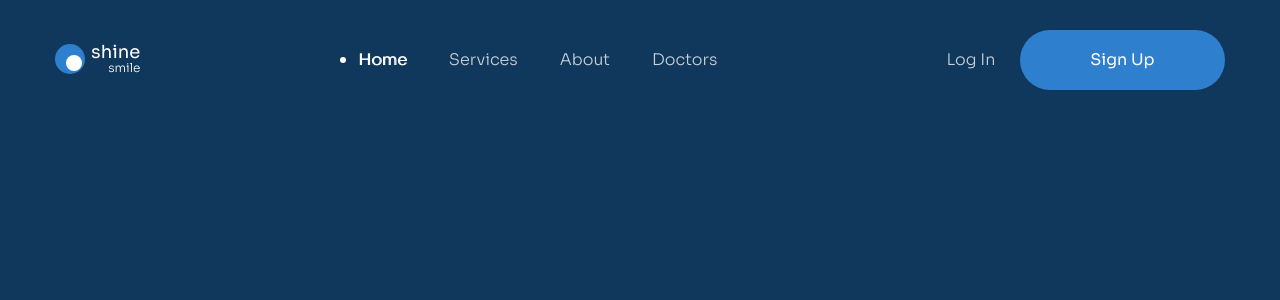
Repository: anhtien111198/f8-htmlcss-03
Page: index.html
An editor plug-in stored every save of this project. The page is shown before and after the next save, followed by the edit.
The browser window is 1280 px wide. The pictures show the whole page.

Above is the page before, as saved 2023-05-12 10:35:35.

After the next save:
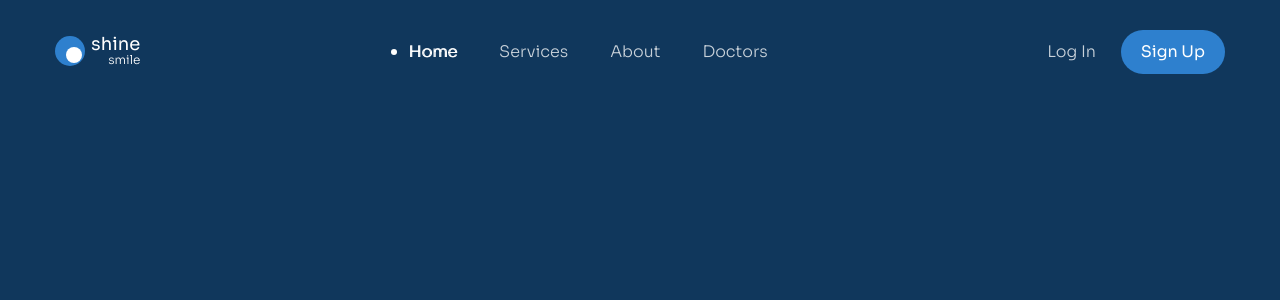
Saved 59 s later.
--- a/assets/css/style.css
+++ b/assets/css/style.css
@@ -110,3 +110,7 @@ a {
     border-radius: 50%;
     background: #fff;
 }
+.action__signup {
+    --height: 44px;
+    min-width: 104px;
+}
